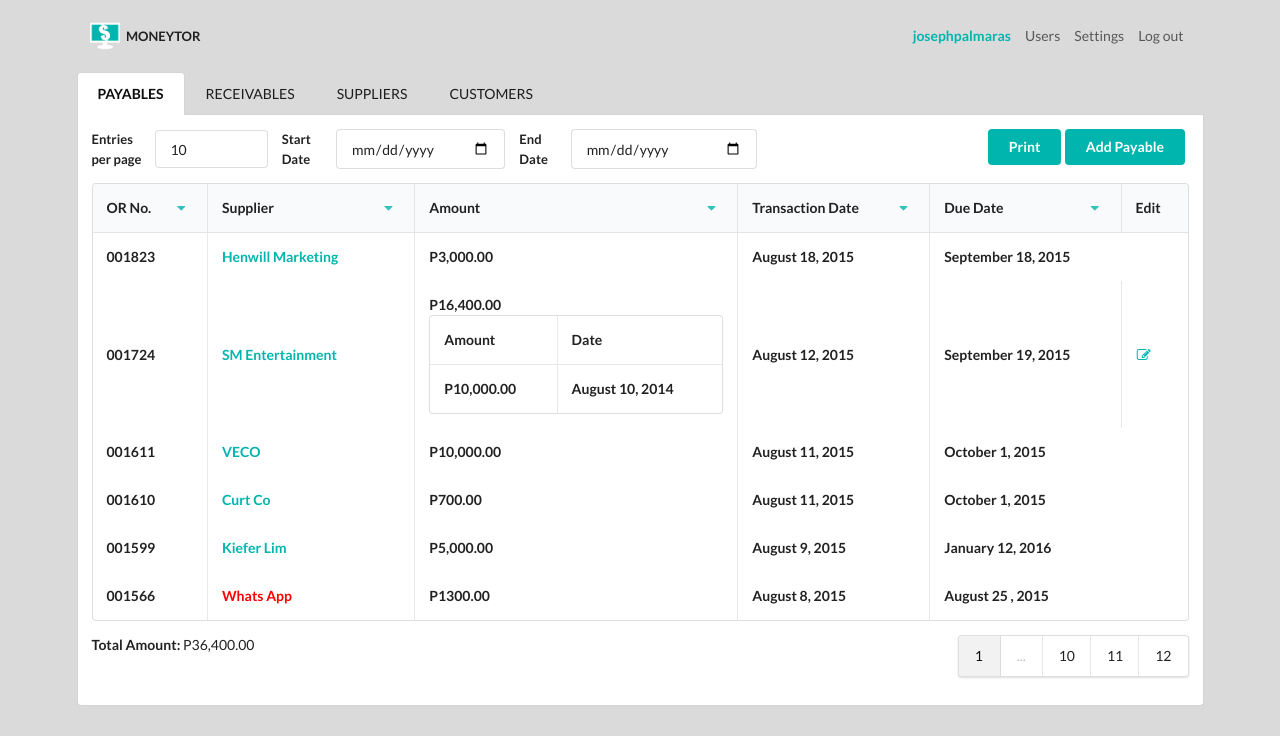
Repository: TV5/MoneyTor
Page: Workspace/MoneyTor/war/main.html
These files come from the project's save history. The page is drawn as it stood at one moment and after the next save; the edit follows.
The browser window is 1280 px wide. The pictures show the whole page.

Above is the page before, as saved 2015-10-01 07:40:54.

After the next save:
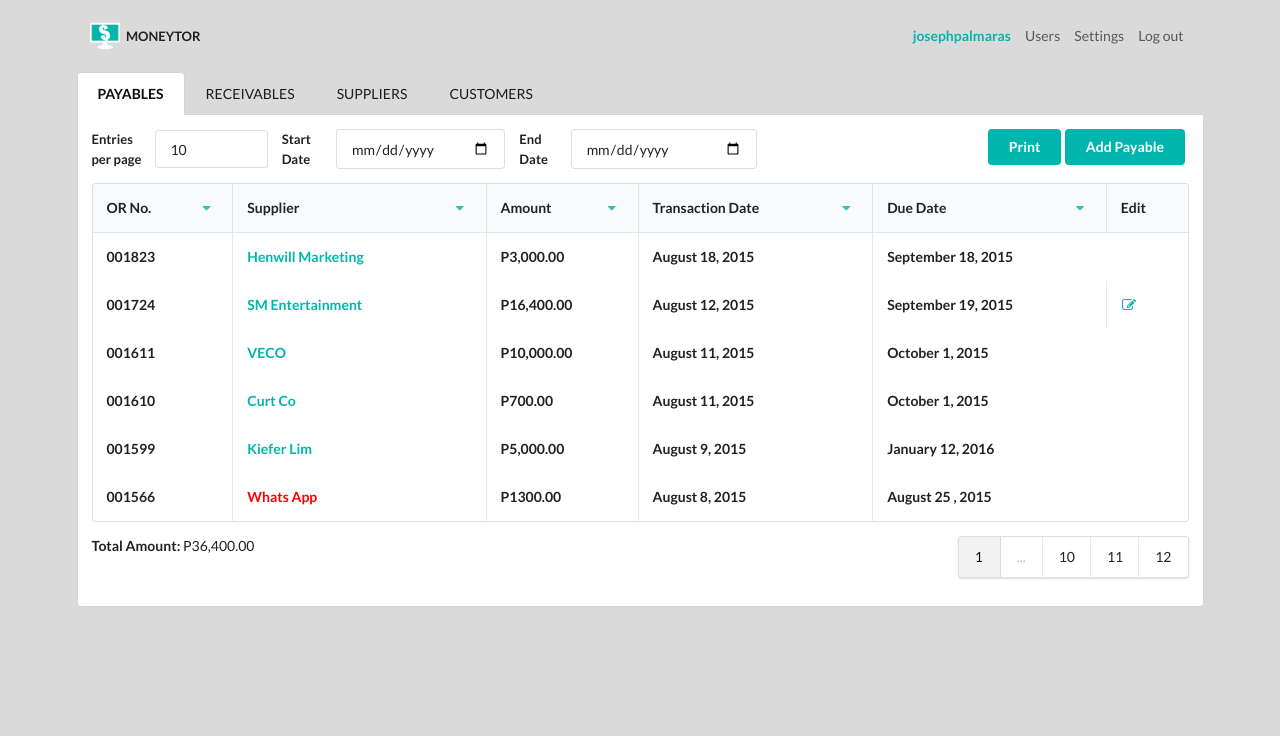
Saved 23 s later.
--- a/Workspace/MoneyTor/war/main.html
+++ b/Workspace/MoneyTor/war/main.html
@@ -154,18 +154,7 @@
 	  	<tr>
 	    <th>001724</th>
 	    <th><a href="#">SM Entertainment</a> </th>
-	    <th>
-	    	P16,400.00
-	    	<table class="ui celled padded table">
-	    		<tr>
-	    		<th>Amount</th>
-	    		<th>Date</th>
-	    		</tr>
-	    		<tr>
-	    		<td>P10,000.00</td>
-	    		<td>August 10, 2014</td>
-	    		</tr>
-	    	</table>
+	    <th>P16,400.00
 	    </th>
 	    <th>August 12, 2015</th>
 	    <th>September 19, 2015</th>
